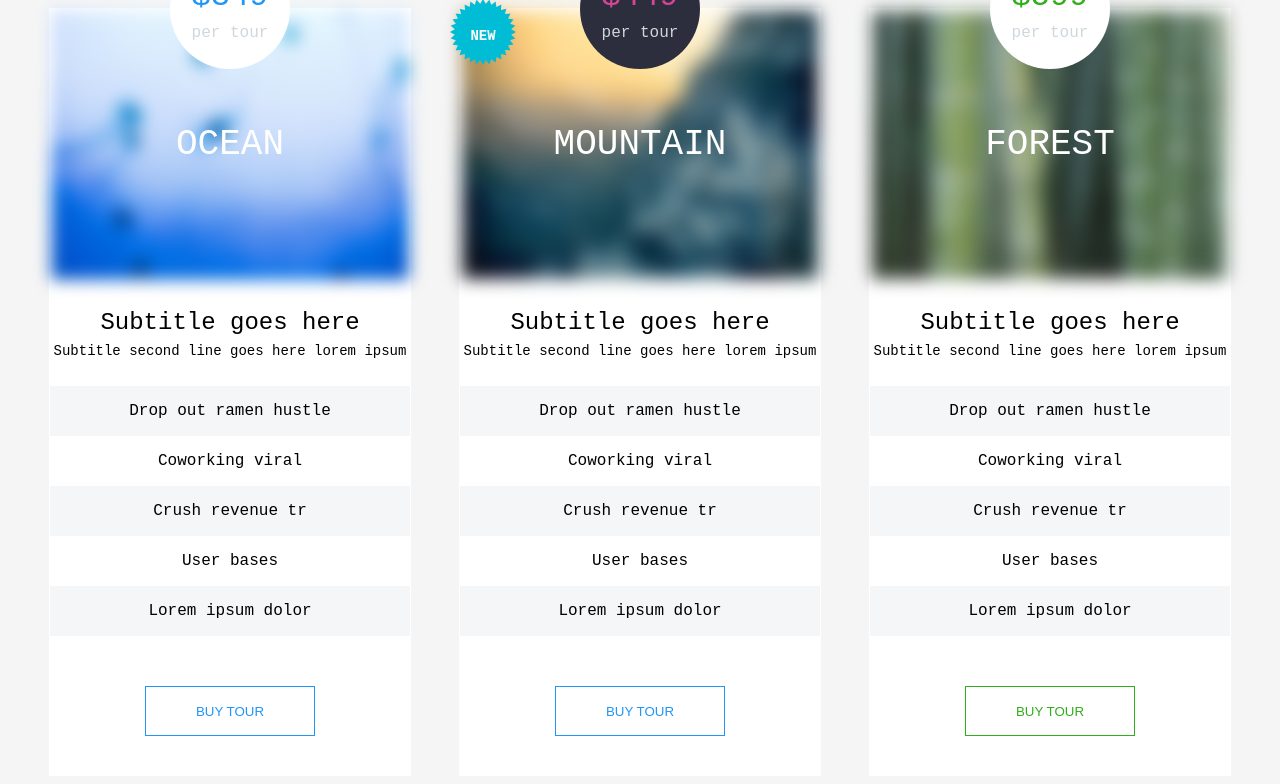
Repository: HoanTiny/pricetable
Page: index.html
An editor plug-in stored every save of this project. The page is shown before and after the next save, followed by the edit.
The browser window is 1280 px wide. The pictures show the whole page.

Above is the page before, as saved 2022-07-04 10:53:11.

### index.html
<!DOCTYPE html>
<html lang="en">
    <head>
        <meta charset="UTF-8" />
        <meta http-equiv="X-UA-Compatible" content="IE=edge" />
        <meta name="viewport" content="width=device-width, initial-scale=1.0" />
        <title>PriceTable</title>
        <link rel="stylesheet" href="./assests/css/style.css" />
    </head>
    <body>
        <div class="container">
            <div class="price-table">
                <div class="img">
                    <img src="./assests/img/ocean.png" alt="logo" />
                    <span>Ocean</span>
                </div>
                <div class="title">
                    <div class="title_header">
                        <p>Subtitle goes here</p>
                        <span>Subtitle second line goes here lorem ipsum</span>
                    </div>
                    <div class="title_list">
                        <ul>
                            <li>Drop out ramen hustle</li>
                            <li>Coworking viral</li>
                            <li>Crush revenue tr</li>
                            <li>User bases</li>
                            <li>Lorem ipsum dolor</li>
                        </ul>
                    </div>
                    <div class="title_btn">
                        <button type="">Buy Tour</button>
                    </div>
                    <div class="price">
                        <p>$349</p>
                        <span>per tour</span>
                    </div>
                </div>
            </div>
            <div class="price-table">
                <div class="img">
                    <img src="./assests/img/mountain.png" alt="logo" />
                    <span>Mountain</span>
                </div>
                <div class="title">
                    <div class="title_header">
                        <p>Subtitle goes here</p>
                        <span>Subtitle second line goes here lorem ipsum</span>
                    </div>
                    <div class="title_list">
                        <ul>
                            <li>Drop out ramen hustle</li>
                            <li>Coworking viral</li>
                            <li>Crush revenue tr</li>
                            <li>User bases</li>
                            <li>Lorem ipsum dolor</li>
                        </ul>
                    </div>
                    <div class="title_btn">
                        <button type="">Buy Tour</button>
                    </div>
                    <div class="price mountain">
                        <p>$449</p>
                        <span>per tour</span>
                    </div>
                    <div class="mark">
                        <img src="./assests/img/newmark.png" alt="logo" />
                        <span>New</span>
                    </div>
                </div>
            </div>
            <div class="price-table">
                <div class="img">
                    <img src="./assests/img/forest.png" alt="logo" />
                    <span>forest</span>
                </div>
                <div class="title">
                    <div class="title_header">
                        <p>Subtitle goes here</p>
                        <span>Subtitle second line goes here lorem ipsum</span>
                    </div>
                    <div class="title_list">
                        <ul>
                            <li>Drop out ramen hustle</li>
                            <li>Coworking viral</li>
                            <li>Crush revenue tr</li>
                            <li>User bases</li>
                            <li>Lorem ipsum dolor</li>
                        </ul>
                    </div>
                    <div class="title_btn forest">
                        <button type="">Buy Tour</button>
                    </div>
                    <div class="price forest">
                        <p>$599</p>
                        <span>per tour</span>
                    </div>
                </div>
            </div>
        </div>
    </body>
</html>

### assests/css/style.css
body {
    background-color: #f5f5f5;
    font-family: "Courier New", Courier, monospace;
    font-size: 14px;
    line-height: 1.5;
    min-height: 100vh;
    display: flex;
    justify-content: center;
    align-items: center;
}

* {
    box-sizing: border-box;
}

.container {
    display: flex;
}

.price-table {
    width: 362px;
    height: 768px;
    background-color: #fff;
    position: relative;
    margin: 0 24px;
    border: 1px solid #fff;
}

.img {
    position: relative;
    height: 272px;
    width: 100%;
}

.img span {
    position: absolute;
    top: 50%;
    left: 50%;
    transform: translate(-50%, -50%);
    font-size: 36px;
    text-transform: uppercase;
    color: #fff;
}

.img img {
    filter: blur(8px);
    -webkit-filter: blur(8px);
}

img {
    width: 100%;
    height: 100%;
}

.title_header {
    text-align: center;
    margin: 24px 0;
}

.title_header p {
    font-size: 24px;
    margin: 0;
}

.title_header span {
    font-size: 14px;
}

.title_list ul {
    text-align: center;
    padding-left: 0;
    list-style: none;
}

.title_list ul li {
    font-size: 16px;
    height: 50px;
    line-height: 50px;
}

.title_list ul li:nth-child(odd) {
    background-color: #f4f6f7;
}

.title_btn {
    margin-top: 50px;
    text-align: center;
}

.title_btn button {
    width: 170px;
    height: 50px;
    border: 1px solid #2196f7;
    background-color: #fff;
    text-transform: uppercase;
    color: #2196f7;
    cursor: pointer;
}

.title_btn.forest button {
    border: 1px solid #32ad1e;
    color: #32ad1e;
}

.title_btn button:hover {
    background-color: #6c136f;
    color: #fff;
}

.price {
    position: absolute;
    top: -60px;
    left: 120px;
    /* transform: translate(-50%, -50%); */
    width: 120px;
    height: 120px;
    border-radius: 50%;
    background-color: #fff;
    display: flex;
    justify-content: center;
    align-items: center;
    text-align: center;
    display: flex;
    flex-direction: column;
}

.price p {
    font-size: 32px;
    color: #2196f7;
    margin: 0;
}

.price span {
    font-size: 16px;
    color: #cfd7dc;
}

.price.mountain {
    background-color: #2c2e3d;
}

.price.mountain p {
    color: #d74498;
}

.price.forest p {
    color: #32ad1e;
}

.mark {
    position: absolute;
    top: -10px;
    left: -10px;
}

.mark img {
    position: relative;
}

.mark span {
    position: absolute;
    top: 50%;
    left: 50%;
    transform: translate(-50%, -50%);
    color: #fff;
    text-transform: uppercase;
    font-weight: bold;
}

After the next save:
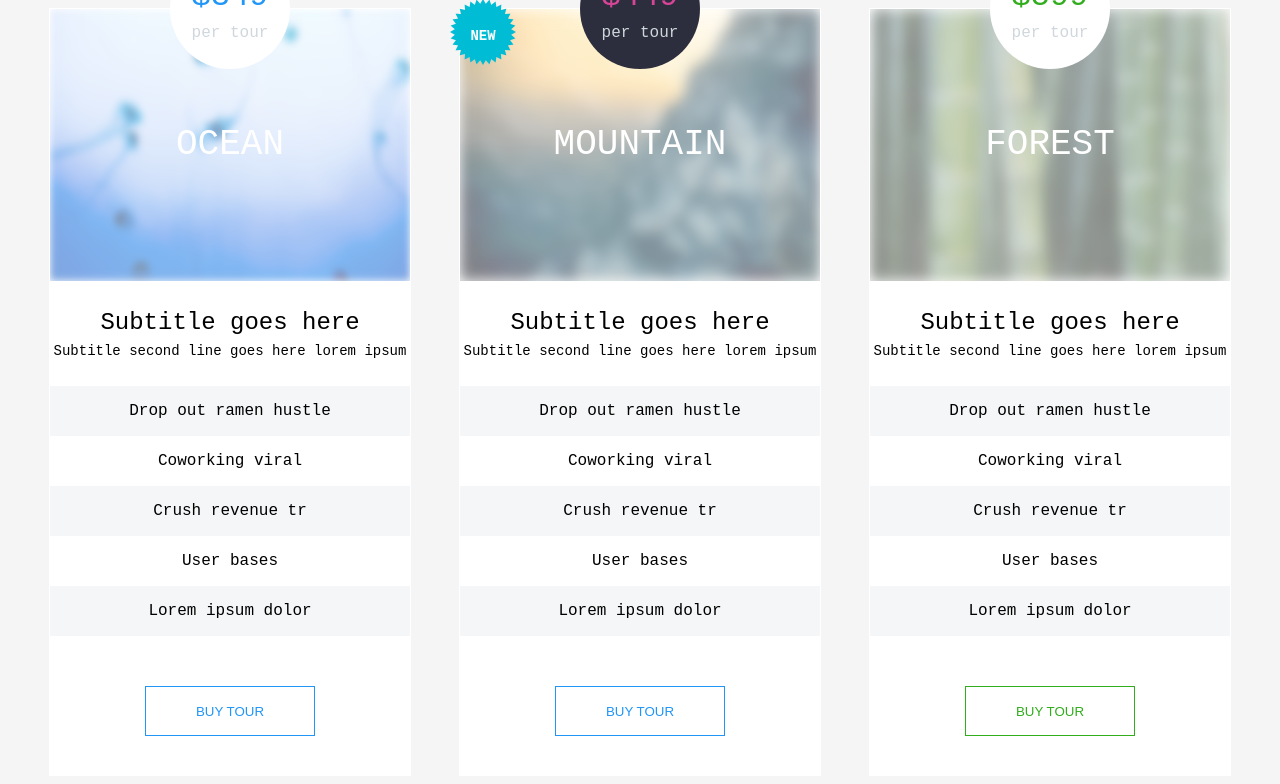
Saved 39 s later.
--- a/assests/css/style.css
+++ b/assests/css/style.css
@@ -43,8 +43,9 @@ body {
 }
 
 .img img {
-    filter: blur(8px);
-    -webkit-filter: blur(8px);
+    opacity: 0.5;
+    /* filter: blur(8px);
+    -webkit-filter: blur(8px); */
 }
 
 img {
